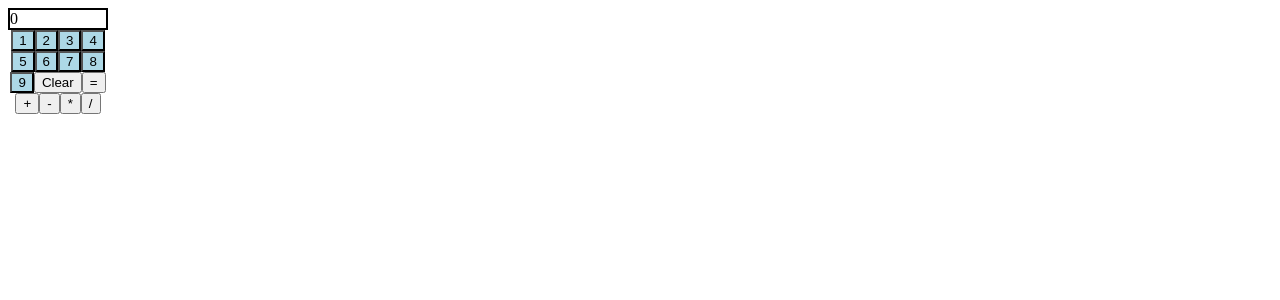
Repository: weazzyefff/Calculator-App
Page: index.html
The author's editor kept a copy of each file at every save. The page is drawn from the files as they stood at one save, then again after the next save.
The browser window is 1280 px wide. The pictures show the whole page.

Above is the page before, as saved 2022-12-16 21:59:10.

### index.html
<!DOCTYPE html>
<html>
<head>
	<meta charset="utf-8">
	<meta name="viewport" content="width=device-width, initial-scale=1">
	<title>Calculator App</title>
    <link rel="stylesheet" href="style.css">
    <script src="script.js" defer></script>
</head>
<body>
    <div class="container">
        <div class="display">0</div>
        <button type ="input" class="numbtn" id="1">1</button>
        <button type ="input" class="numbtn" id="2">2</button>
        <button type ="input" class="numbtn" id="3">3</button>
        <button type ="input" class="numbtn" id="4">4</button>
        <button type ="input" class="numbtn" id="5">5</button>
        <button type ="input" class="numbtn" id="6">6</button>
        <button type ="input" class="numbtn" id="7">7</button>
        <button type ="input" class="numbtn" id="8">8</button>
        <button type ="input" class="numbtn" id="9">9</button>
        <button type ="input" id="clear">Clear</button>
        <button type ="input" id="=">=</button>
        <button type ="input" id="+">+</button>
        <button type = "input" id="-">-</button>
        <button type = "input" id="*">*</button>
        <button type = "input" id="/">/</button>
    </div>


</body>
</html>

### style.css
.container {
    width: 100px;
    display: flex;
    flex-wrap: wrap;
    align-items: center;
    justify-content: center;

}
.display {
    border: 2px solid black;
    width: 200px;
}
.numbtn {
    background-color: lightblue;
}

### script.js
//Global variables
displayValue = 0;

// Main functions
const add = (...args) => args.reduce((a, b) => a + b);

const subtract = (...args) => args.reduce((a, b) => a - b);

const multiply = (...args) => args.reduce((a, b) => a * b);

const divide = (...args) => args.reduce((a, b) => a / b);

const operate = (operator, a, b) => {
    switch (operator) {

        case '+':
            return add(a,b);

        case '-':
            return subtract(a,b);

        case '*':
            return multiply(a,b);

        case '/':
            return divide(a,b);

        default: console.log('Please enter a valid operator');
    }
}


const one = document.getElementById("1");
one.addEventListener("click", (e) => {
    document.querySelector(".display").innerHTML = 1;
    displayValue = 1;
});
const two = document.getElementById("2");
two.addEventListener("click", (e) => {
    document.querySelector(".display").innerHTML = 2;
    displayValue = 2;
});
const three = document.getElementById("3");
three.addEventListener("click", (e) => {
    document.querySelector(".display").innerHTML = 3;
    displayValue = 3;
});
const four = document.getElementById("4");
four.addEventListener("click", (e) => {
    document.querySelector(".display").innerHTML = 4;
    displayValue = 4;
});
const five = document.getElementById("5");
five.addEventListener("click", (e) => {
    document.querySelector(".display").innerHTML = 5;
    displayValue = 5;
});
const six = document.getElementById("6");
six.addEventListener("click", (e) => {
    document.querySelector(".display").innerHTML = 6;
    displayValue = 6;
});
const seven = document.getElementById("7");
seven.addEventListener("click", (e) => {
    document.querySelector(".display").innerHTML = 7;
    displayValue = 7;
});
const eight = document.getElementById("8");
eight.addEventListener("click", (e) => {
    document.querySelector(".display").innerHTML = 8;
    displayValue = 8;
});
const nine = document.getElementById("9");
nine.addEventListener("click", (e) => {
    document.querySelector(".display").innerHTML = 9;
    displayValue = 9;
});
const clear = document.getElementById("clear");
clear.addEventListener("click", (e) => {
    document.querySelector(".display").innerHTML = "0";
    displayValue = 0;
});
const addSign = document.getElementById("+");
addSign.addEventListener("click", (e) => {
  add();
});
const subtractSign = document.getElementById("-");
subtractSign.addEventListener("click", (e) => {
  subtract();
});
const multiplySign = document.getElementById("*");
addSign.addEventListener("click", (e) => {
  multiply();
});
const divideSign = document.getElementById("/");
addSign.addEventListener("click", (e) => {
  divide();
});
const equals = document.getElementById("=");
equals.addEventListener("click", (e) => {
  operate();
});


//console.log(operate('+',10, 5)); <<working

After the next save:
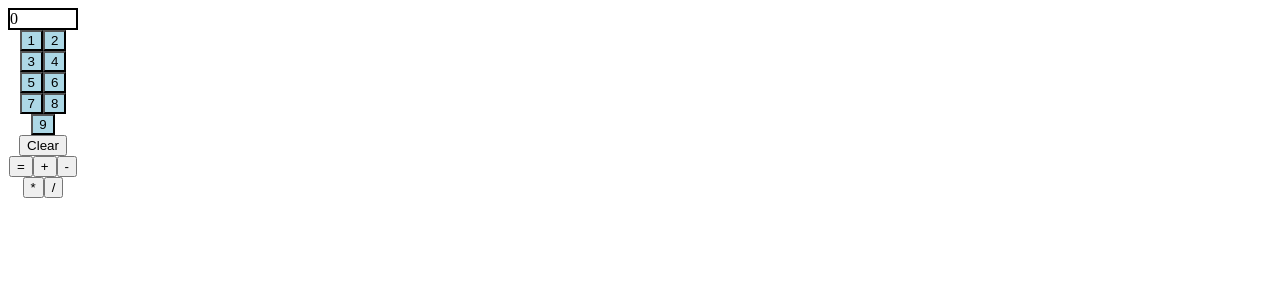
Saved 10 s later.
--- a/style.css
+++ b/style.css
@@ -1,5 +1,5 @@
 .container {
-    width: 100px;
+    width: 70px;
     display: flex;
     flex-wrap: wrap;
     align-items: center;
